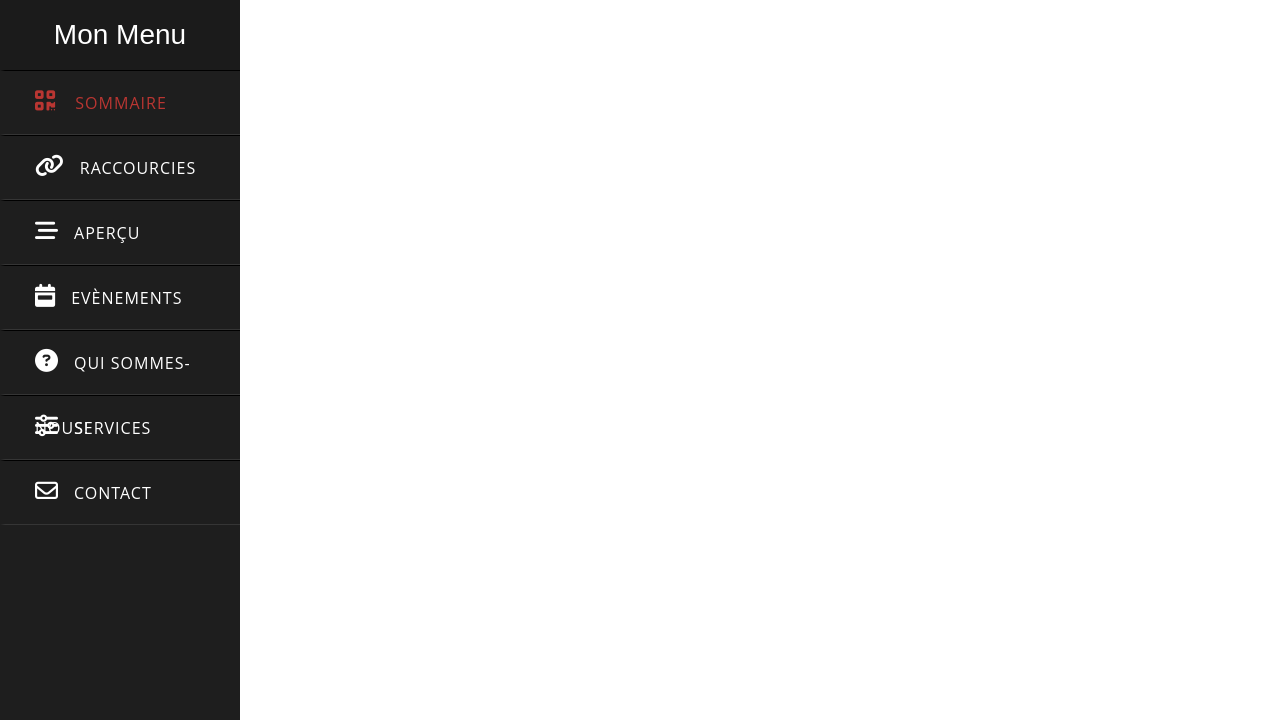
Repository: Alex-Serky/Dossier-Nav
Page: Nav-Responsive/index.html
These files come from the project's save history. The page is drawn as it stood at one moment and after the next save; the edit follows.
The browser window is 1280 px wide. The pictures show the whole page.
Some web fonts or font styles are not loaded; a fallback is used. Some web libraries are served in a nearby version.

Above is the page before, as saved 2020-02-21 21:13:49.

After the next save:
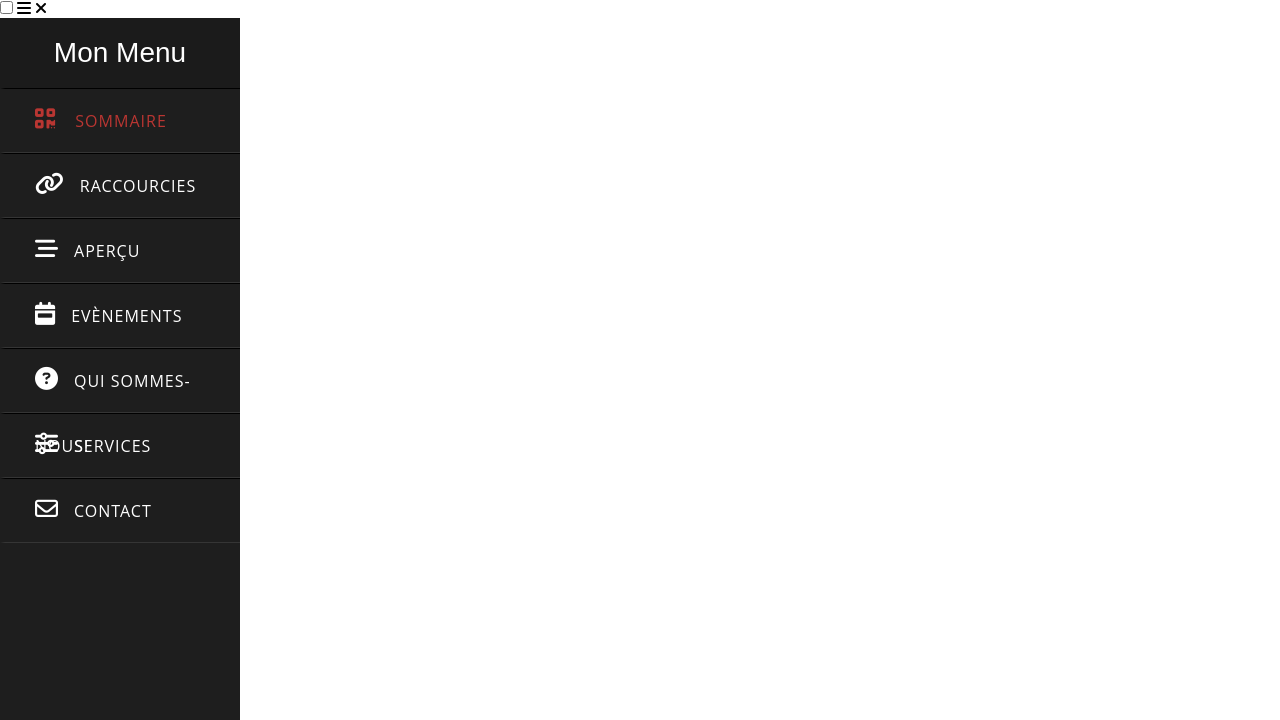
Saved 33 min 0 s later.
--- a/Nav-Responsive/index.html
+++ b/Nav-Responsive/index.html
@@ -10,6 +10,11 @@
 </head>
 
 <body>
+    <input type="checkbox" id="check">
+    <label for="">
+        <i class="fas fa-bars" id="btn"></i>
+        <i class="fas fa-times" id="cancel"></i>
+    </label>
     <div class="sidebar">
         <header>Mon Menu</header>
         <a class="active" href="#"><i class="fas fa-qrcode"></i>
